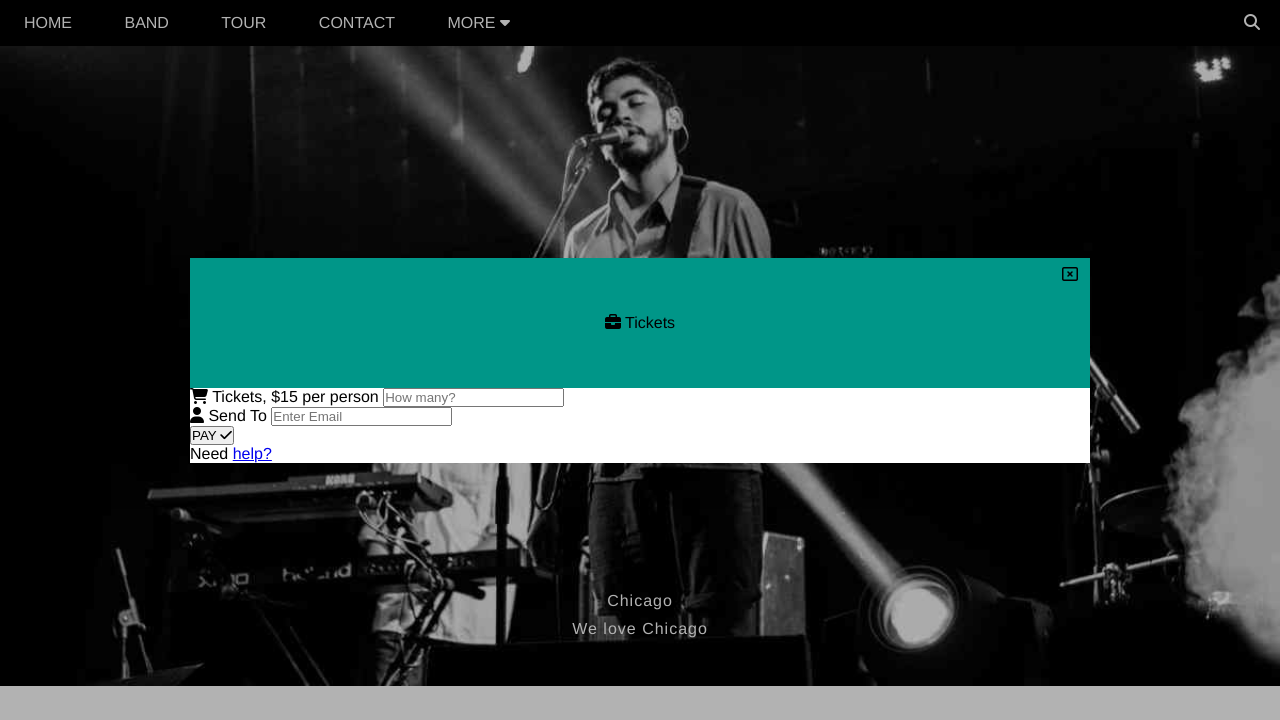
Repository: NguyenMinhChau/Theband
Page: index.html
The author's editor kept a copy of each file at every save. The page is drawn from the files as they stood at one save, then again after a run of saves.
The browser window is 1280 px wide. The pictures show the window.
A layer covers the whole window, so only the first screen is drawn. Some web libraries are served in a nearby version.

Above is the page before, as saved 2021-10-23 12:57:26.

After the next 2 saves:
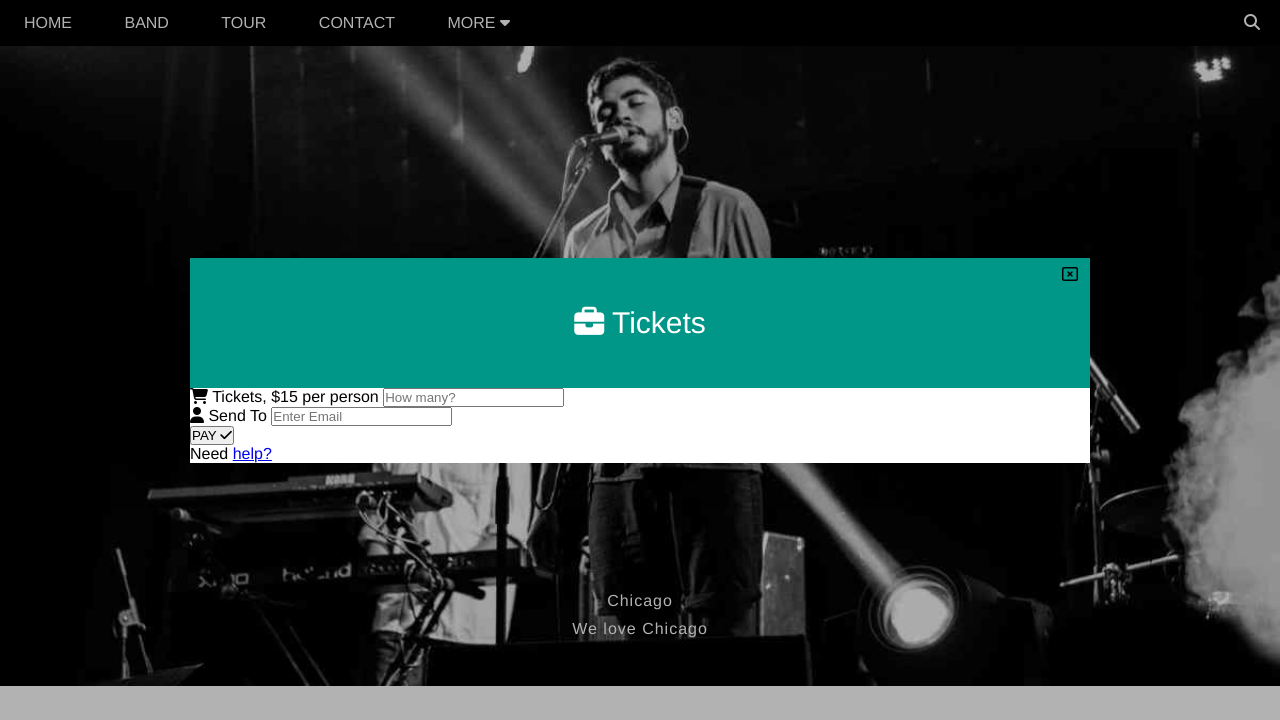
The 2 saves are shown as one change because they came seconds apart.
The last was saved 9 s later.
--- a/assets/css/style.css
+++ b/assets/css/style.css
@@ -327,7 +327,8 @@
     background: #009688;
     text-align: center;
     line-height:130px;
-    color: #
+    color: #fff;
+    font-size: 30px;;
 }
 
 .modal-body{
